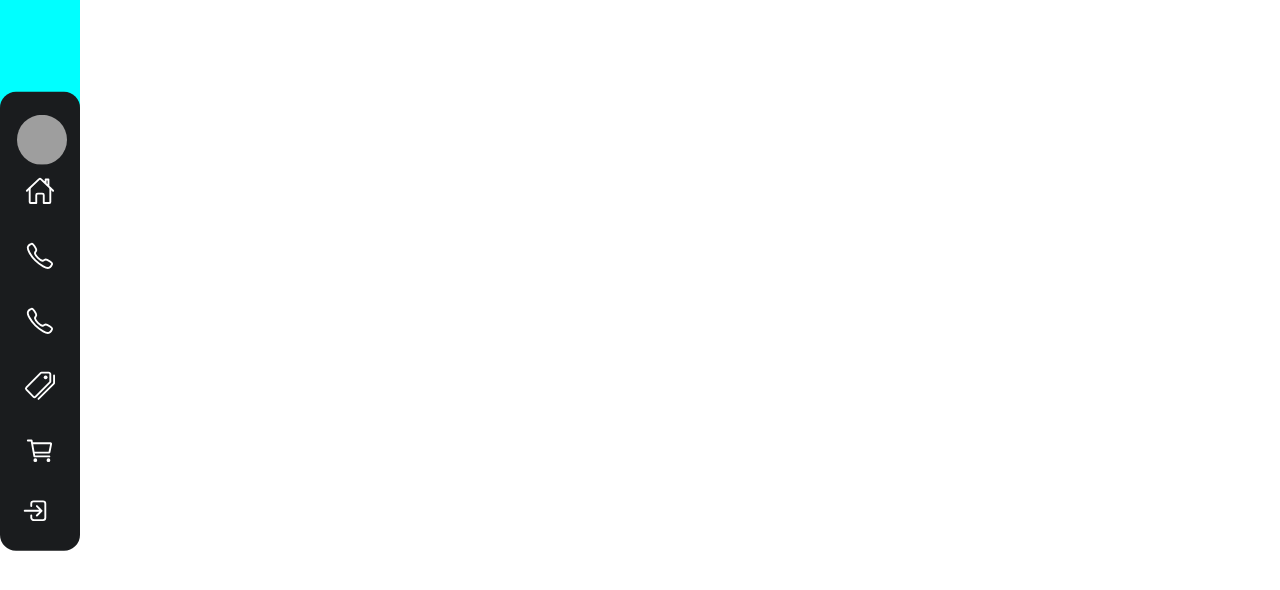
Repository: Fuocmanh/demo
Page: site/nav.html
These files come from the project's save history. The page is drawn as it stood at one moment and after the next save; the edit follows.
The browser window is 1280 px wide. The pictures show the whole page.
Pictures or frames that could not be fetched are drawn as grey boxes.

Above is the page before, as saved 2022-12-30 12:43:55.

After the next save:
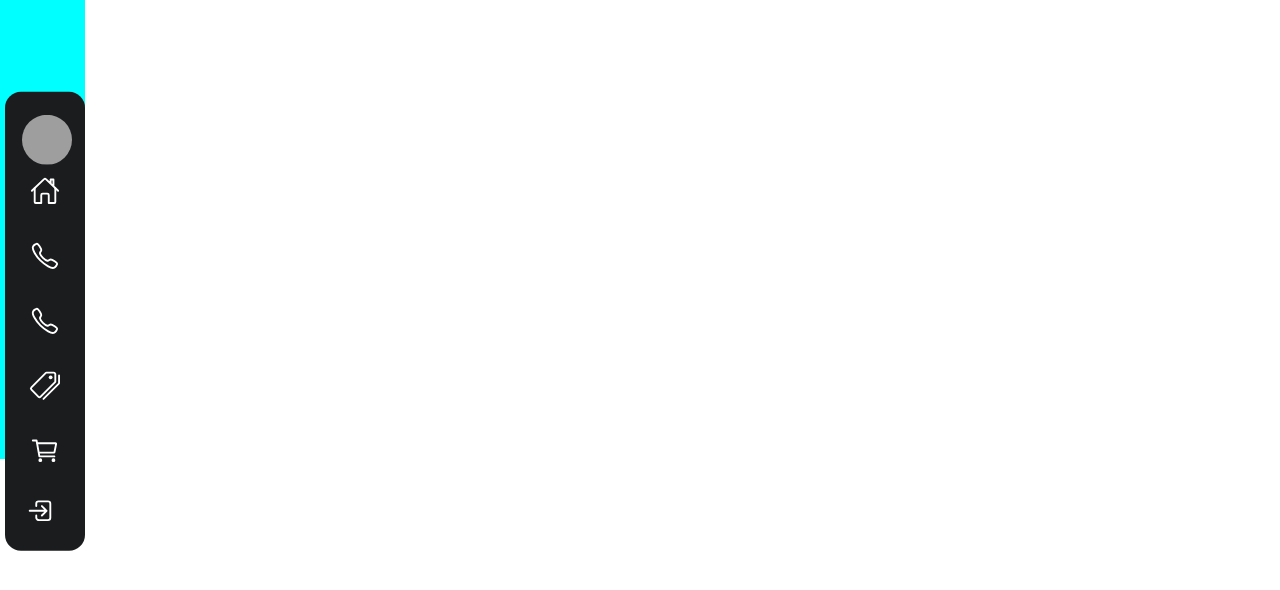
Saved 4 s later.
--- a/css/style.css
+++ b/css/style.css
@@ -26,7 +26,7 @@ html {
     padding: 30px 5px;
     border-radius: 16px;
     transform: translate(0px,20%);
-    ma
+    margin-left: 5px;
 }
 .sidebar:hover{
     width: 200px;
